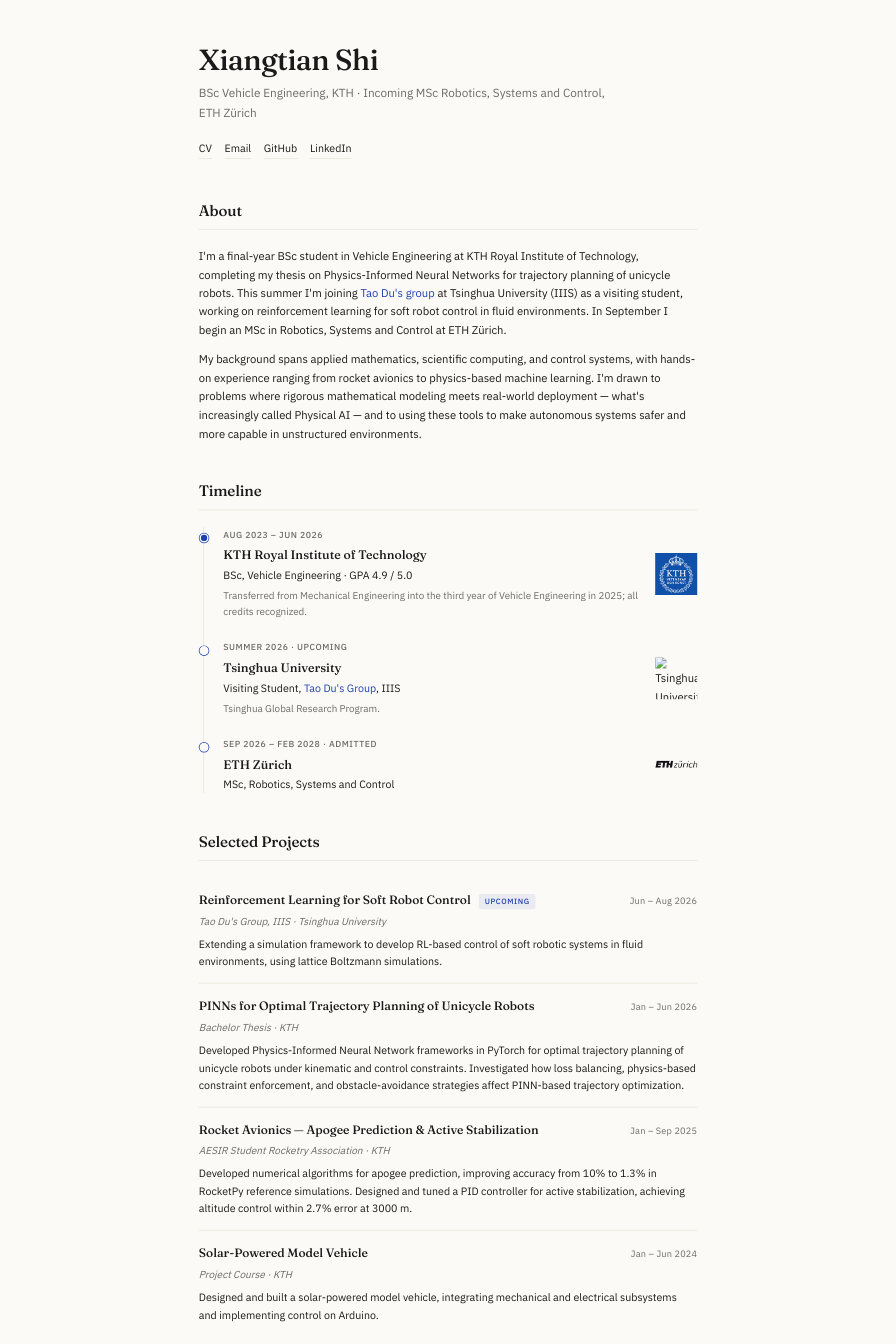
Repository: xitisch/xitisch.github.io
Page: index.html
An editor plug-in stored every save of this project. The page is shown before and after the next save, followed by the edit.
The browser window is 1280 px wide. The pictures show the part of the page from y = 0 to 1920 px (the page is 2981 px tall before and 2849 px after), at 70% of full size.

Above is the page before, as saved 2026-06-08 02:16:28.
Not found: images/tsinghua.png

After the next save:
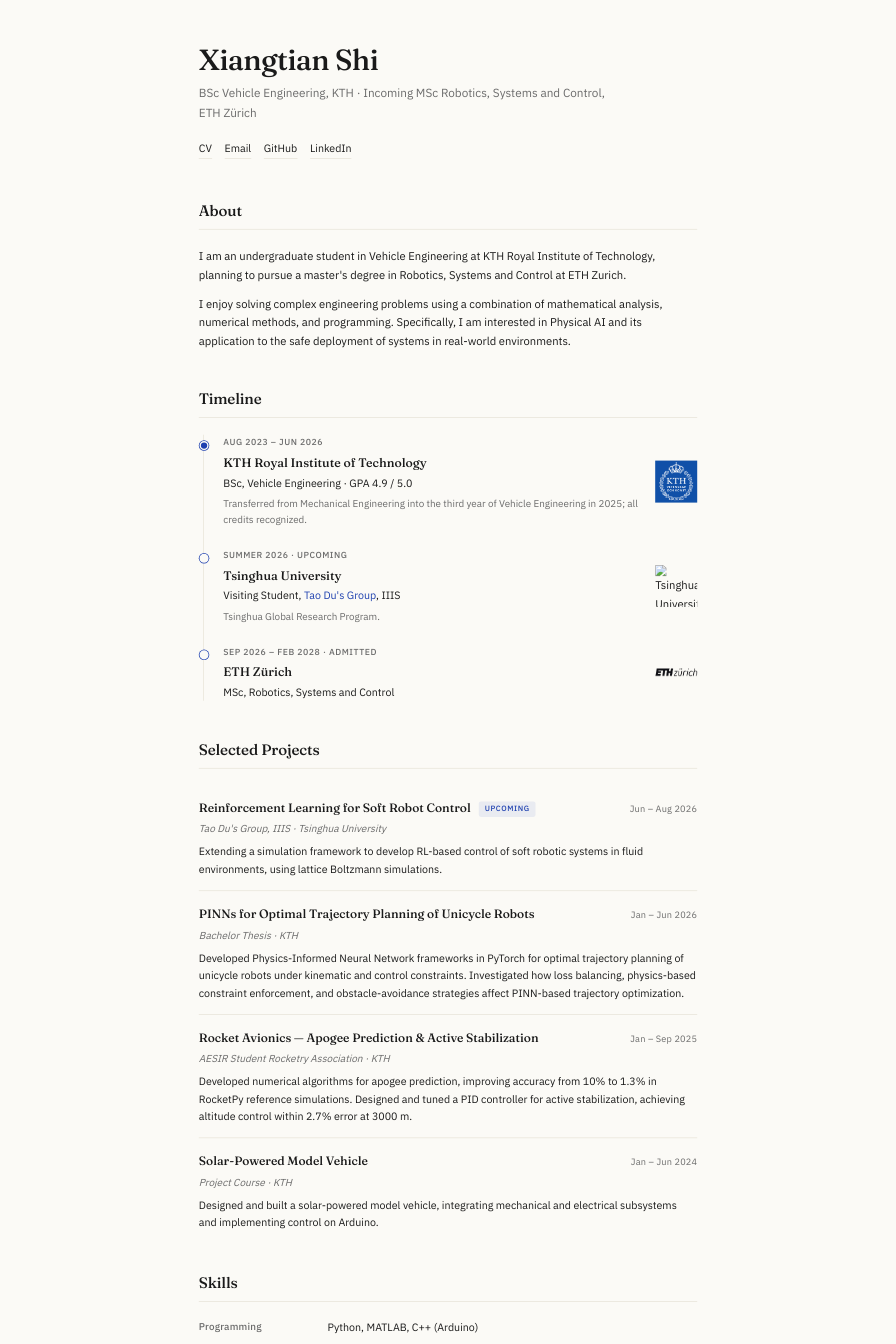
Saved 2 min 14 s later.
--- a/index.html
+++ b/index.html
@@ -23,10 +23,10 @@
     <section>
       <h2>About</h2>
       <p>
-        I'm a final-year BSc student in Vehicle Engineering at KTH Royal Institute of Technology, completing my thesis on Physics-Informed Neural Networks for trajectory planning of unicycle robots. This summer I'm joining <a href="https://people.iiis.tsinghua.edu.cn/~taodu/">Tao Du's group</a> at Tsinghua University (IIIS) as a visiting student, working on reinforcement learning for soft robot control in fluid environments. In September I begin an MSc in Robotics, Systems and Control at ETH&nbsp;Zürich.
+      I am an undergraduate student in Vehicle Engineering at KTH Royal Institute of Technology, planning to pursue a master's degree in Robotics, Systems and Control at ETH Zurich.
       </p>
       <p>
-        My background spans applied mathematics, scientific computing, and control systems, with hands-on experience ranging from rocket avionics to physics-based machine learning. I'm drawn to problems where rigorous mathematical modeling meets real-world deployment &mdash; what's increasingly called Physical AI &mdash; and to using these tools to make autonomous systems safer and more capable in unstructured environments.
+      I enjoy solving complex engineering problems using a combination of mathematical analysis, numerical methods, and programming. Specifically, I am interested in Physical AI and its application to the safe deployment of systems in real-world environments.
       </p>
     </section>
 
